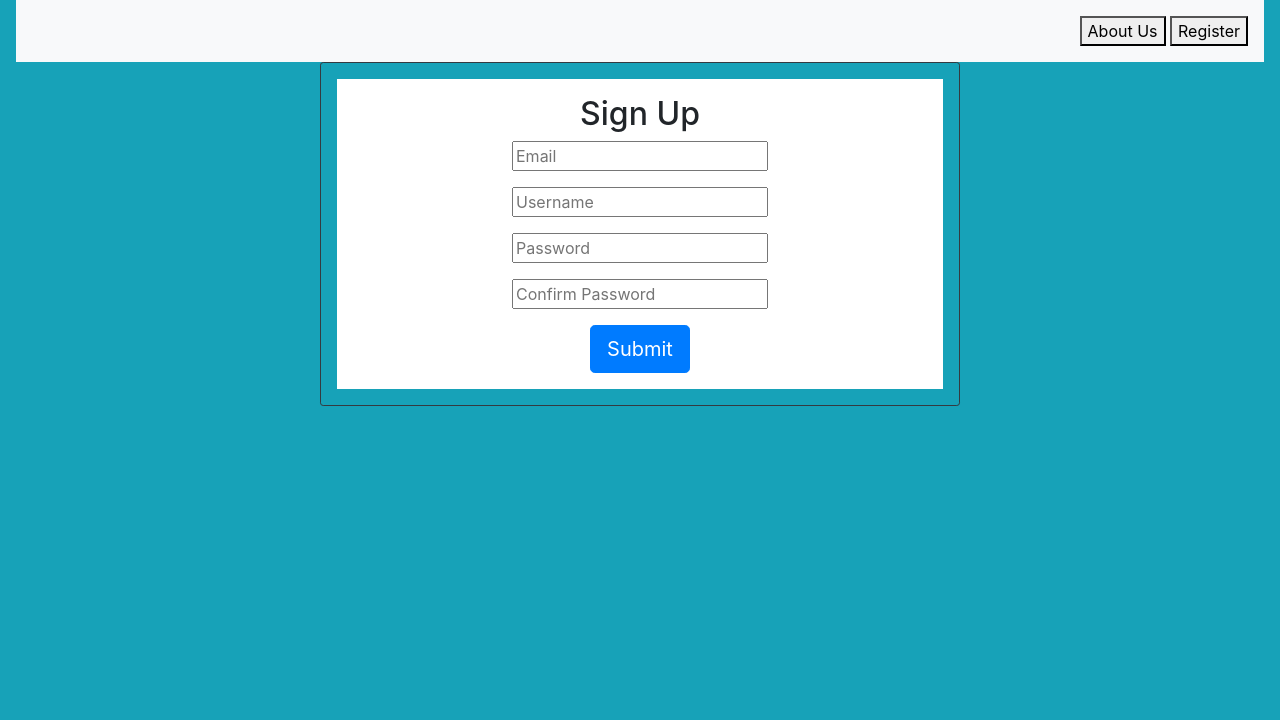
Repository: rodwestmoreland/1150
Page: registrationForm/index.html
These files come from the project's save history. The page is drawn as it stood at one moment and after the next save; the edit follows.
The browser window is 1280 px wide. The pictures show the whole page.

Above is the page before, as saved 2021-01-25 15:51:20.

After the next save:
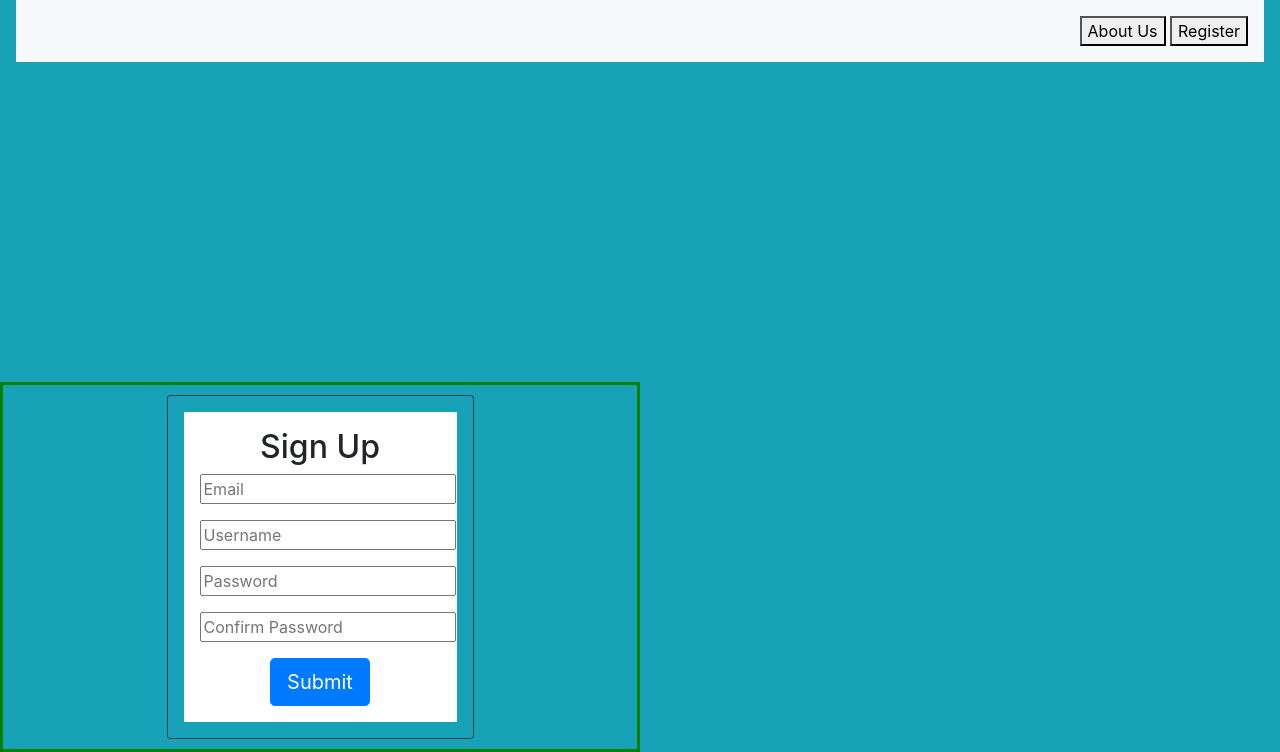
Saved 74 s later.
--- a/registrationForm/index.html
+++ b/registrationForm/index.html
@@ -14,7 +14,7 @@
 </nav>
 <body class="bg-info">
 
-    <div class="FormMOVE d-flex align-items-center justify-content-center ">
+    <div class="formMOVE d-flex align-items-center justify-content-center ">
 
     <form class="bg-info text-center justify-content-center border w-50 p-3 border-dark rounded-sm ">
 

After the save that followed:
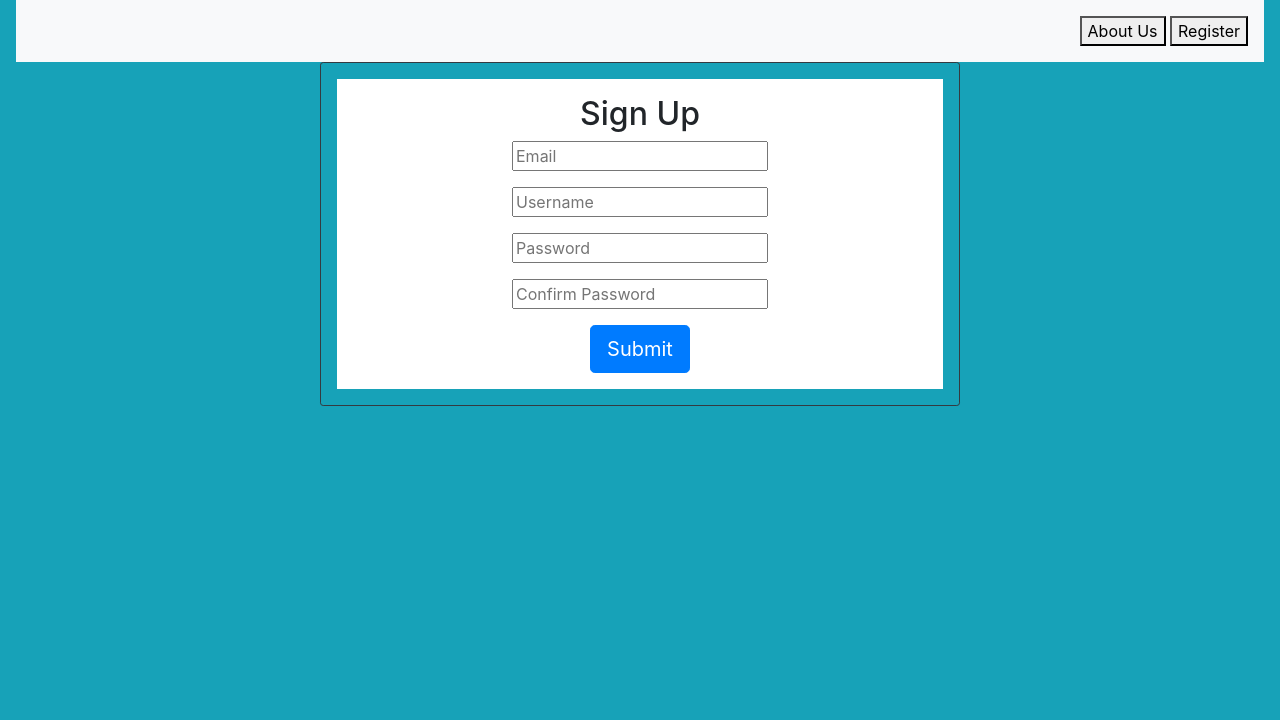
Saved 73 s later.
--- a/registrationForm/index.html
+++ b/registrationForm/index.html
@@ -14,7 +14,7 @@
 </nav>
 <body class="bg-info">
 
-    <div class="formMOVE d-flex align-items-center justify-content-center ">
+    <div class=" d-flex align-items-center justify-content-center ">
 
     <form class="bg-info text-center justify-content-center border w-50 p-3 border-dark rounded-sm ">
 
